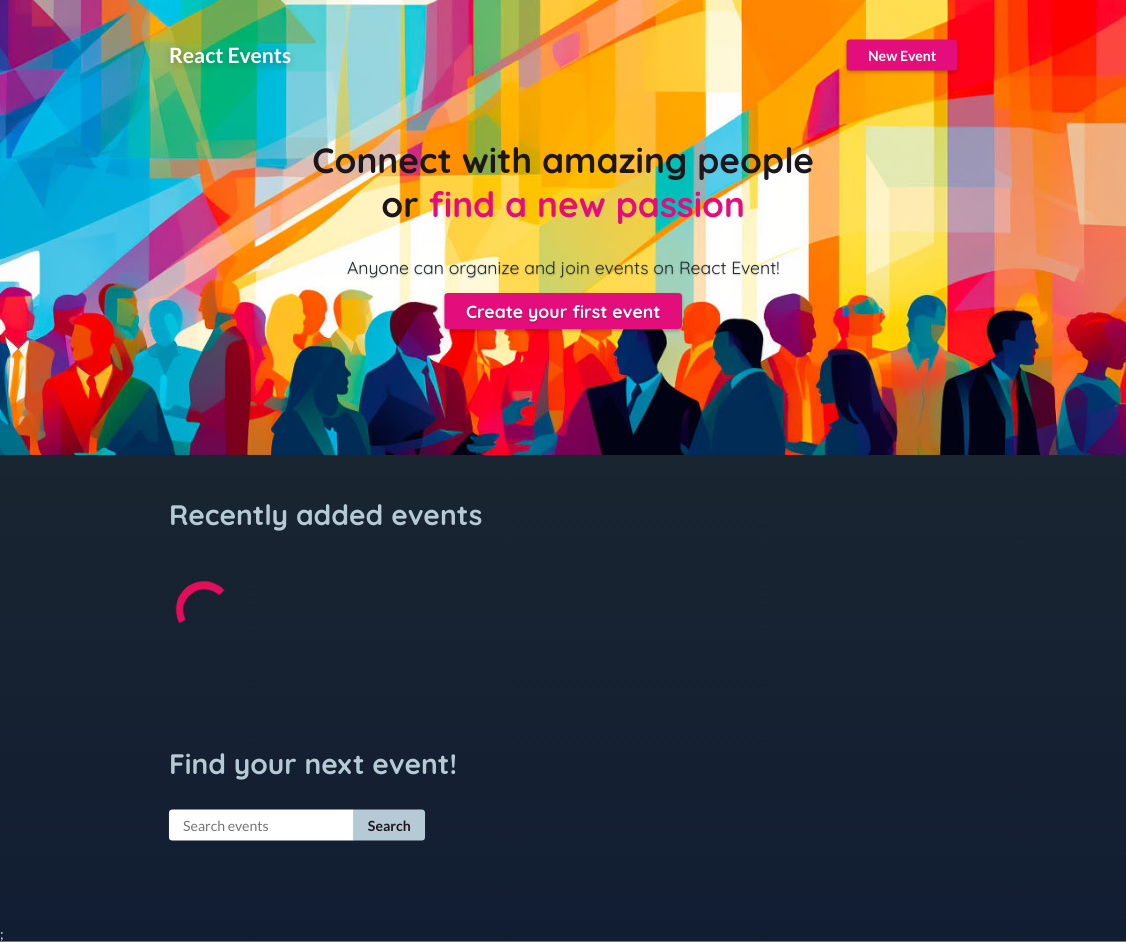
Repository: zhengbinxue/React-Query-Project
Page: /
These files come from the project's save history. The page is drawn as it stood at one moment and after the next save; the edit follows.
The browser window is 1280 px wide. The pictures show the whole page, at 88% of full size.
The page's requests for data from a server got no answer. The project was rebuilt for these pictures with package versions that can differ from the ones it lists, and the page was loaded fresh each time. No one was signed in, and anything a server would have sent is missing. Also part of the build but not shown: vite.config.js, src/components/UI/ErrorBlock.jsx, src/components/Events/EventItem.jsx, src/components/Events/EventDetails.jsx, src/components/UI/Modal.jsx, src/components/ImagePicker.jsx, src/components/Events/EventForm.jsx, src/components/Events/NewEvent.jsx and 1 more.

Above is the page before, as saved 2024-08-09 03:33:24.

### src/App.jsx
import {
  Navigate,
  RouterProvider,
  createBrowserRouter,
} from "react-router-dom";
import { QueryClientProvider, QueryClient } from "@tanstack/react-query";
import Events from "./components/Events/Events.jsx";
import EventDetails from "./components/Events/EventDetails.jsx";
import NewEvent from "./components/Events/NewEvent.jsx";
import EditEvent from "./components/Events/EditEvent.jsx";

const router = createBrowserRouter([
  {
    path: "/",
    element: <Navigate to="/events" />,
  },
  {
    path: "/events",
    element: <Events />,

    children: [
      {
        path: "/events/new",
        element: <NewEvent />,
      },
    ],
  },
  {
    path: "/events/:id",
    element: <EventDetails />,
    children: [
      {
        path: "/events/:id/edit",
        element: <EditEvent />,
      },
    ],
  },
]);

const client = new QueryClient();

function App() {
  return (
    <QueryClientProvider client={client}>
      <RouterProvider router={router} />;
    </QueryClientProvider>
  );
}

export default App;

### src/components/Events/FindEventSection.jsx
import { useRef, useState } from "react";
import { useQuery } from "@tanstack/react-query";
import { fetchEvents } from "../util/http";
import LoadingIndicator from "../UI/LoadingIndicator";
import ErrorBlock from "../UI/ErrorBlock";
import EventItem from "./EventItem";
export default function FindEventSection() {
  const searchElement = useRef();
  const [searchTerm, setSearchTerm] = useState();

  const { data, isError, isPending, error } = useQuery({
    queryKey: ["events", { search: searchTerm }],
    queryFn: () => fetchEvents(searchTerm),
  });

  function handleSubmit(event) {
    event.preventDefault();
    setSearchTerm(searchElement.current.value);
  }

  let content = <p>Please enter a search term and to find events</p>;

  if (isPending) {
    content = <LoadingIndicator />;
  }

  if (isError) {
    content = (
      <ErrorBlock
        title="An error occurred"
        message={error.info?.message || "Failed to fetch events"}
      />
    );
  }

  if (data) {
    content = (
      <ul>
        {data.map((event) => (
          <li key={event.id}>
            <EventItem event={event} />
          </li>
        ))}
      </ul>
    );
  }

  return (
    <section className="content-section" id="all-events-section">
      <header>
        <h2>Find your next event!</h2>
        <form onSubmit={handleSubmit} id="search-form">
          <input
            type="search"
            placeholder="Search events"
            ref={searchElement}
          />
          <button>Search</button>
        </form>
      </header>
      <p>{event}</p>
    </section>
  );
}

### src/components/Events/NewEventsSection.jsx
import { useQuery } from "@tanstack/react-query";
import LoadingIndicator from "../UI/LoadingIndicator.jsx";
import ErrorBlock from "../UI/ErrorBlock.jsx";
import EventItem from "./EventItem.jsx";
import { fetchEvents } from "../util/http.js";

export default function NewEventsSection() {
  const { data, isPending, isError, error } = useQuery({
    queryKey: ["events"],
    queryFn: fetchEvents,
  });

  let content;

  if (isPending) {
    content = <LoadingIndicator />;
  }

  if (isError) {
    content = (
      <ErrorBlock
        title="An error occurred"
        message={error.info?.message || "Failed to fetch events"}
      />
    );
  }

  if (data) {
    content = (
      <ul className="events-list">
        {data.map((event) => (
          <li key={event.id}>
            <EventItem event={event} />
          </li>
        ))}
      </ul>
    );
  }

  return (
    <section className="content-section" id="new-events-section">
      <header>
        <h2>Recently added events</h2>
      </header>
      {content}
    </section>
  );
}

### src/components/util/http.js
export async function fetchEvents(searchTerm) {
  console.log(searchTerm);

  let url = "http://localhost:3000/events";
  if (searchTerm) {
    url += "?search=" + searchTerm;
  }

  const response = await fetch(url);

  if (!response.ok) {
    const error = new Error("An error occurred while fetching the events");
    error.code = response.status;
    error.info = await response.json();
    throw error;
  }

  const { events } = await response.json();

  return events;
}

Loaded but not shown: index.html (common file); src/main.jsx (common file); src/index.css (common file); src/components/Events/Events.jsx (common file); src/components/Header.jsx (common file); src/components/Events/EventsIntroSection.jsx (common file); src/components/UI/LoadingIndicator.jsx (common file)

After the next save:
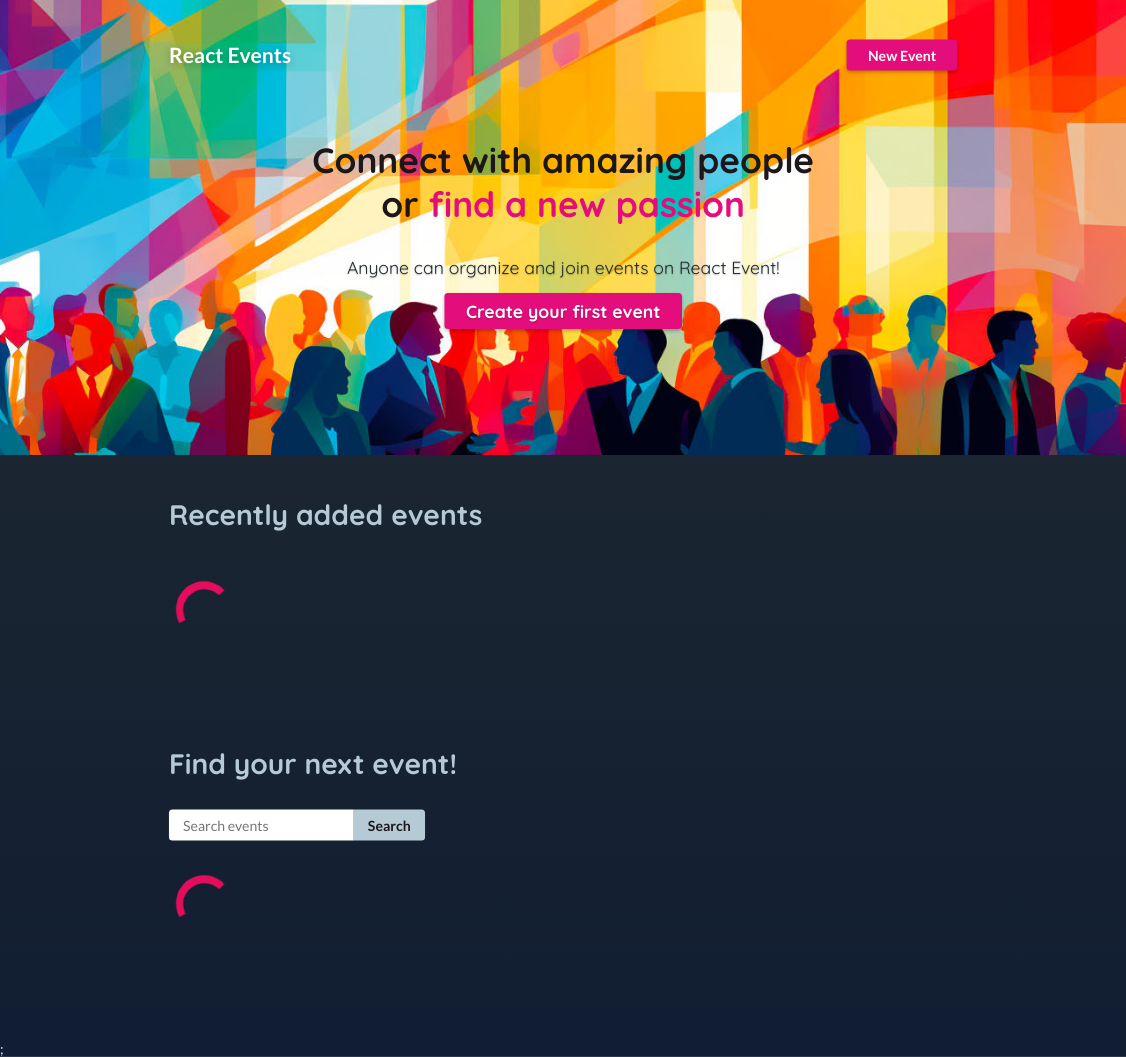
Saved 6 s later.
--- a/src/components/Events/FindEventSection.jsx
+++ b/src/components/Events/FindEventSection.jsx
@@ -58,7 +58,7 @@ export default function FindEventSection() {
           <button>Search</button>
         </form>
       </header>
-      <p>{event}</p>
+      <p>{content}</p>
     </section>
   );
 }
